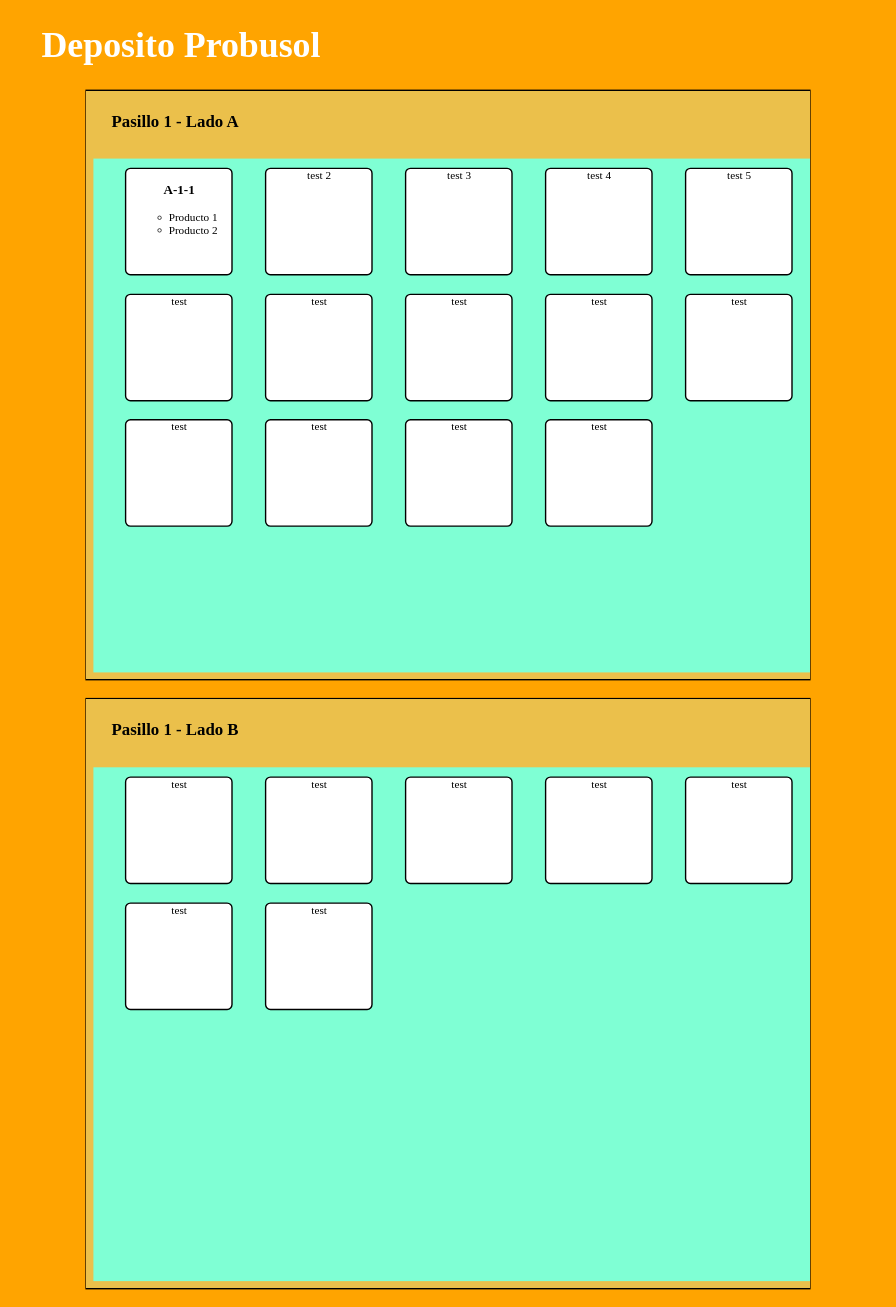
Repository: Franzcod/DepoStock_Web
Page: index.html
An editor plug-in stored every save of this project. The page is shown before and after the next save, followed by the edit.
The browser window is 1280 px wide. The pictures show the whole page, at 70% of full size.

Above is the page before, as saved 2020-06-07 18:46:02.
Console error: ReferenceError: ur is not defined

### index.html
<!DOCTYPE html>
<html lang="en">
<head>
    <meta charset="UTF-8">
    <meta name="viewport" content="width=device-width, initial-scale=1.0">
    <title>Deposito Probusol</title>

    <link rel="stylesheet" href="estilo/estilo.css">
</head>
<body>

    <div class="titulo">
        <h1>Deposito Probusol</h1>
    </div>


    <div class="app">
        <h2>Pasillo 1 - Lado A</h2>

        <ul class="hs">
            <li class="item">
                <h3 class="tituloPos">A-1-1</h3>
                <ul class="listaProduc">
                    <li class="producto"> Producto 1</li>
                    <li class="producto"> Producto 2</li>
                </ul>
            </li>
            <li class="item">test 2</li>
            <li class="item">test 3</li>
            <li class="item">test 4</li>
            <li class="item">test 5</li>
            <li class="item">test 6</li>
            <li class="item">test 7</li>
            <li class="item">test 8</li>
            <li class="item">test 9</li>
            <li class="item">test</li>
            <li class="item">test</li>
            <li class="item">test</li>
            <li class="item">test</li>
            <li class="item">test</li>
            <li class="item">test</li>
            <li class="item">test</li>
            <li class="item">test</li>
            <li class="item">test</li>
            <li class="item">test</li>
            <li class="item">test</li>
            <li class="item">test</li>
            <li class="item">test</li>
            <li class="item">test</li>
            <li class="item">test</li>

        </ul>

        <!-- <div class="container">
            <div class="item">
            <h3>Block for context</h3>
            </div>
        </div> -->
    </div>

    <div class="app">
        <h2>Pasillo 1 - Lado B</h2>

        <ul class="hs">
            <li class="item">test</li>
            <li class="item">test</li>
            <li class="item">test</li>
            <li class="item">test</li>
            <li class="item">test</li>
            <li class="item">test</li>
            <li class="item">test</li>
            <li class="item">test</li>
            <li class="item">test</li>
            <li class="item">test</li>
            <li class="item">test</li>
            <li class="item">test</li>

        </ul>

        <!-- <div class="container">
            <div class="item">
            <h3>Block for context</h3>
            </div>
        </div> -->
    </div>






    <script>ur</script>

</body>







</html>

### estilo/estilo.css
html{
    background-color: rgba(255, 164, 0, 1);
}

.titulo{
    margin: 2vw 4vw;
    align-items: flex-start;
    color: #fff;
    font-size: 2vw;
}


:root {
--gutter: 20px;
}

.app {
    padding: 10px;
    display: grid;
    grid-gap: var(--gutter) 0;
    border: 2px solid black;
    /* grid-template-columns: var(--gutter) 1fr var(--gutter);  */
    align-content: start;
    width: 80%;
    height: 75%;
    background: rgb(235, 192, 75);
    /* overflow-y: scroll; */
    margin: 2vw auto;
    overflow-x: auto;
}


.hs {
    display: grid;
    grid-template-columns: repeat(10, 1fr);
    grid-template-rows: repeat(4, 1fr);
    overflow-x: auto;
    /* scroll-snap-type: x proximity; */
    padding-bottom: calc(.75 * var(--gutter));
    background-color: aquamarine;
    width: 2000px;
    align-items: center;
    margin: auto;
}

h2{
    margin-left: 2vw;
}

/* li{
    display: flex;
    flex-direction: column;
} */

.item {
    /* scroll-snap-align: center; */
    /* padding: 2px;  */
    display: flex;
    flex-direction: column;
    justify-content: start;
    align-items: center;
    background: #fff;
    border: 2px solid black;
    border-radius: 8px;
    height: 150px;
    width: 150px;
    margin: 1vw 5px;

}

After the next save:
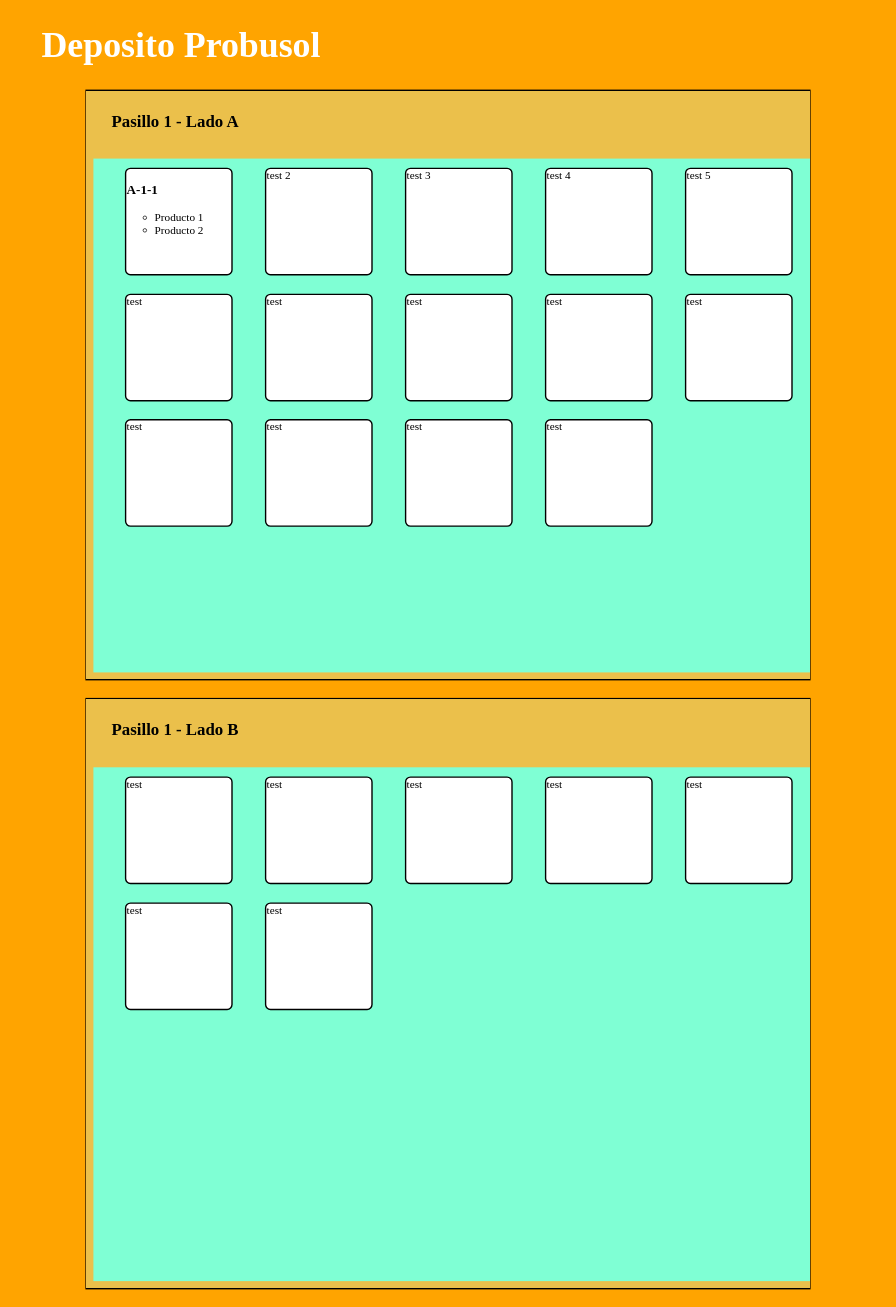
Saved 12 s later.
--- a/estilo/estilo.css
+++ b/estilo/estilo.css
@@ -58,7 +58,7 @@ h2{
     display: flex;
     flex-direction: column;
     justify-content: start;
-    align-items: center;
+    align-items: flex-start;
     background: #fff;
     border: 2px solid black;
     border-radius: 8px;
